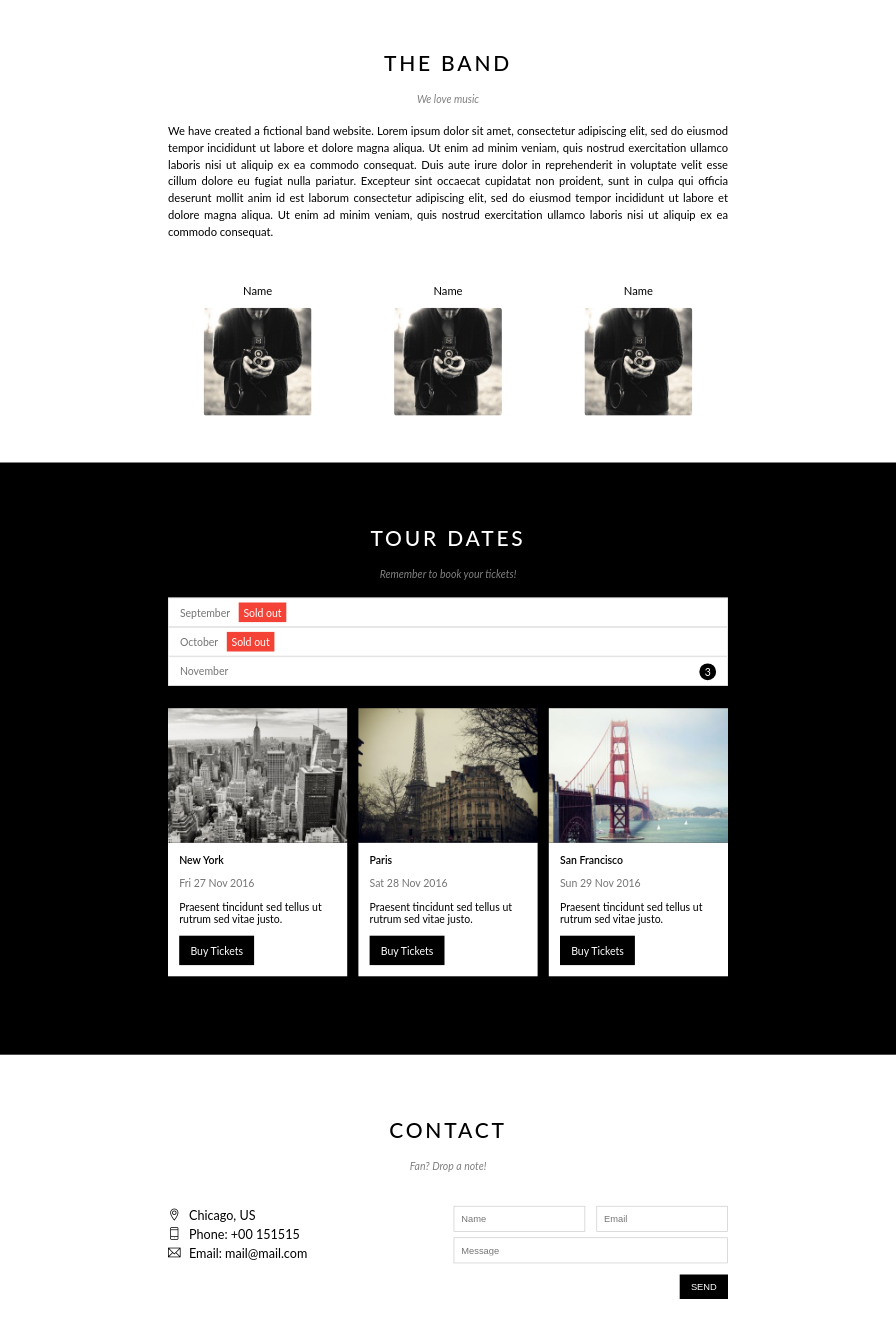
Repository: tatvanhco/web-dau-tay
Page: index.html
The author's editor kept a copy of each file at every save. The page is drawn from the files as they stood at one save, then again after the next save.
The browser window is 1280 px wide. The pictures show the part of the page from y = 704 to 2624 px (the page is 2624 px tall before and 2585 px after), at 70% of full size.

Above is the page before, as saved 2022-01-23 21:34:16.

### index.html
<!DOCTYPE html>
<html lang="en">
<head>
    <meta charset="UTF-8">
    <!-- <meta http-equiv="X-UA-Compatible" content="IE=edge"> -->
    <meta name="viewport" content="width=device-width, initial-scale=1.0">
    <title>the band</title>
    <link rel="shortcut icon" href="./assets/img/band/logo.png" type="image/x-icon">
    <link rel="stylesheet" href="./assets/fronts/themify-icons/themify-icons.css">
    <link rel="stylesheet" href="./assets/css/style.css">
    <link rel="stylesheet" href="./assets/css/responsive.css">
</head>
<body>
    <div id="main">
        <div id="header">
            <ul id="nav">
                <li><a href="#">home</a></li>
                <li><a href="#">band</a></li>
                <li><a href="#">tour</a></li>
                <li><a href="#">contact</a></li>
                <li>
                    <a href="#">more
                        <i class="drop-down ti-angle-down"></i>
                    </a>
                    <div class="subnav">
                        <ul>
                            <li><a href="">Merchandise</a></li>
                            <li><a href="">Extras</a></li>
                            <li><a href="">Media</a></li>
                        </ul>
                    </div>
                </li>
            </ul>
            <div class="search-btn">
                <i class="search-icon ti-search"></i>
            </div>
        </div>
        <div id="slide">
            <div class="text-content">
                <h2 class="text-heading">Chicago</h2>
                <div class="text-desc">Thank you, Chicago - A night we won't forget.</div>
            </div>
        </div>
        <div id="content">
            <div class="content-section">
                <h2 class="section-heading">THE BAND</h2>
                <p class="section-sub-heading">We love music</p>
                <p class="about">
                    We have created a fictional band website. Lorem ipsum dolor sit amet, consectetur adipiscing elit, sed do eiusmod tempor incididunt ut labore et dolore magna aliqua. Ut enim ad minim veniam, quis nostrud exercitation ullamco laboris nisi ut aliquip ex ea commodo consequat. Duis aute irure dolor in reprehenderit in voluptate velit esse cillum dolore eu fugiat nulla pariatur. Excepteur sint occaecat cupidatat non proident, sunt in culpa qui officia deserunt mollit anim id est laborum consectetur adipiscing elit, sed do eiusmod tempor incididunt ut labore et dolore magna aliqua. Ut enim ad minim veniam, quis nostrud exercitation ullamco laboris nisi ut aliquip ex ea commodo consequat.
                </p>
                <div class="row team">
                    <div class="col col-3 text-center">
                        <p class="team-name">Name</p>
                        <img src="./assets/img/band/member.jpg" class="team-img">
                    </div>

                    <div class="col col-3 text-center">
                        <p class="team-name">Name</p>
                        <img src="./assets/img/band/member.jpg" class="team-img">
                    </div>

                    <div class="col col-3 text-center">
                        <p class="team-name">Name</p>
                        <img src="./assets/img/band/member.jpg" class="team-img">
                    </div>
                </div>
            </div>

            <div class="tour-section">
                <div class="content-section">
                    <h2 class="text-white section-heading">TOUR DATES</h2>
                    <p class="text-white section-sub-heading">Remember to book your tickets!</p>
                    <ul class="ticket-list">
                        <li>September<span class="soldout">Sold out</span></li>
                        <li>October<span class="soldout">Sold out</span></li>
                        <li>November<span class="quatity">3</span></li>
                    </ul>
                    <div class="row place-list">
                        <div class="col col-3">
                            <img src="./assets/img/places/place1.jpg" class="place-img">
                            <div class="place-body">
                                <h3 class="place-heading">New York</h3>
                                <p class="place-time">Fri 27 Nov 2016</p>
                                <p class="place-desc">Praesent tincidunt sed tellus ut rutrum sed vitae justo.</p>
                                <a href="#" class="place-buy-btn">Buy Tickets</a>
                            </div>
                        </div>
                        <div class="col col-3">
                            <img src="./assets/img/places/place2.jpg" class="place-img">
                            <div class="place-body">
                                <h3 class="place-heading">Paris</h3>
                                <p class="place-time">Sat 28 Nov 2016</p>
                                <p class="place-desc">Praesent tincidunt sed tellus ut rutrum sed vitae justo.</p>
                                <a href="#" class="place-buy-btn">Buy Tickets</a>
                            </div>
                        </div>
                        <div class="col col-3">
                            <img src="./assets/img/places/place3.jpg" class="place-img">
                            <div class="place-body">
                                <h3 class="place-heading">San Francisco</h3>
                                <p class="place-time">Sun 29 Nov 2016</p>
                                <p class="place-desc">Praesent tincidunt sed tellus ut rutrum sed vitae justo.</p>
                                <a href="#" class="place-buy-btn">Buy Tickets</a>
                            </div>
                        </div>
                    </div>
                </div>
            </div>

            <div class="content-section">
                <h2 class="section-heading">CONTACT</h2>
                <p class="section-sub-heading">Fan? Drop a note!</p>
                <div class="row contact-content">
                    <div class="col col-2 contact-info">
                        <p><i class="ti-location-pin"></i>Chicago, US</p>
                        <p><i class="ti-mobile"></i>Phone: +00 151515</p>
                        <p><i class="ti-email"></i>Email: mail@mail.com</p>
                    </div>
                    <div class="col col-2 contact-form">
                        <form action="">
                            <div class="row">
                                <div class="col col-2">
                                    <input type="text" placeholder="Name" required class="form-control">
                                </div>
                                <div class="col col-2">
                                    <input type="email" placeholder="Email" required class="form-control">
                                </div>
                            </div>
                            <div class="row mt-8">
                                <div class="col col-full">
                                    <input type="text" placeholder="Message" required class="form-control">
                                </div>
                            </div>
                            <input class="form-submit-btn mt-16" type="submit" value="SEND">
                        </form>
                    </div>
                </div>
            </div>

        </div>

        <div id="footer">

        </div>
    </div>
</body>
</html>

### assets/css/style.css
/* reset trang */
* {
    margin: 0;
    padding: 0;
    box-sizing: border-box;
}

body {
    font-family: "Lato", sans-serif;
}
/* dùng chung */
.clear {
    clear: both;
}

.text-white {
    color: #fff !important;
}

.text-center {
    text-align: center;
}

.row {
    margin-left: -8px;
    margin-right: -8px;
}

.row::after {
    content: "";
    display: block;
    clear: both;
}

.col {
    float: left;
    padding-left: 8px;
    padding-right: 8px;
}

.col-3 {
    width: 33.33333%;
}

.col-2 {
    width: 50%;
}

.col-full {
    width: 100%;
}

.mt-8 {
    margin-top: 8px !important;
}

.mt-16 {
    margin-top: 16px !important;
}
/* css từng thành phần */
#header {
    width: 100%;
    height: 46px;
    background-color: #000;
    position: fixed;
    top: 0;
    left: 0;
    right: 0;
    z-index: 1;
}
#nav {
    display: inline-block;
}

#nav > li {
    display: inline-block;
}

#nav li {
    position: relative;
    list-style-type: none;
}

#nav > li > a {
    color: #fff;
    text-transform: uppercase;
}

#nav li a {
    text-decoration: none;
    padding: 0 24px;
    line-height: 46px;
    display: block;

}

#nav li:hover .subnav {
    display: block;
}

#nav .subnav li:hover a,
#nav > li:hover > a {
    background-color: #ccc;
    color: #000;
}

#nav .subnav {
    display: none;
    min-width: 160px;
    position: absolute;
    top: 100%;
    left: 0;
    background-color: #fff;
    box-shadow: 0 0 10px rgba(0, 0, 0, 0.3);
}

#nav .subnav a {
    color: #000;
    padding: 0px 24px;
    line-height: 38px;
}

#header .search-btn {
    float: right;
    padding: 0 22px;
    cursor: pointer;
}

#header .search-btn:hover {
    background-color: #f44336;
}

#header .search-icon {
    color: #fff;
    font-size: 20px;
    line-height: 46px;
}

#slide {
    position: relative;
    margin-top: 46px;
    padding-top: 50%;
    background: url(/assets/img/slider/chicago.jpg) top center / cover no-repeat;
}

#slide .text-content {
    color: #fff;
    position: absolute;
    bottom: 47px;
    /* cách canh giữa
    left: 50%;
    transform: translateX(-50%); */
    width: 100%;
    text-align: center;
}

#slide .text-heading {
    font-weight: 500;
    font-size: 24px;
}

#slide .text-desc {
    font-weight: 600;
    margin-top: 25px;
    font-size: 15px;
}

#content {

}

#content .content-section {
    max-width: 800px;
    margin-left: auto;
    margin-right: auto;
    padding: 64px 0;
}

#content .section-heading,
#content .section-sub-heading {
    text-align: center;
    margin: 25px 0;
}

#content .section-heading {
    font-size: 30px;
    font-weight: 500;
    letter-spacing: 4px;
}

#content .section-sub-heading {
    font-size: 15px;
    opacity: 0.5;
    font-style: italic;
}

#content .about {
    text-align: justify;
    line-height: 1.5;
}

#content .team {
    margin-top: 48px;
}

#content .team-name {
    margin: 15px 0;
}

#content .team-img {
    width: 60%;
    border-radius: 4px;
    text-align: center;
}

.tour-section {
    background-color: #000;
}

.ticket-list {
    background-color: #fff;
}

.ticket-list li {
    color: #757575;
    list-style-type: none;
    font-size: 15px;
    border: 1px solid #ddd;
    padding: 11px 16px;
}

.ticket-list .soldout {
    color: #fff;
    margin-left: 12px;
    padding: 5px 7px;
    background-color: #f44336;
}

.ticket-list .quatity {
    float: right;
    width: 24px;
    height: 24px;
    border-radius: 50%;
    background-color: #000;
    color: #fff;
    text-align: center;
    line-height: 24px;
    margin-top: -2px;
}

.place-list {
    /* margin: 32px 48px; */
    margin-top: 32px;
    margin-bottom: 48px;
}

.place-img {
    width: 100%;
    display: block;
}

.place-img:hover {
    opacity: 0.6;
}

.place-body {
    background-color: #fff;
    padding: 16px;
    font-size: 15px;
}

.place-heading {
    font-size: 15px;
    font-weight: 600;
}

.place-time {
    color: #757575;
    margin-top: 15px;
}

.place-desc {
    margin-top: 15px;
}

.place-buy-btn {
    color: #fff;
    background-color: #000;
    text-decoration: none;
    padding: 12px 16px;
    margin-top: 15px;
    display: inline-block;
}

.place-buy-btn:hover {
    color: #000;
    background-color: #ccc;
}

/* contact-form */
.contact-content {
    margin-top: 48px;

}

.contact-info {
    font-size: 18px;
    line-height: 1.5;
}

.contact-info i[class*="ti-"] {
    width: 30px;
    display: inline-block;
}

.contact-form {
    font-size: 15px;
}

.contact-form .form-control {
    padding: 10px;
    border: 1px solid #ccc;
    width: 100%;
}

.contact-form .form-submit-btn {
    background-color: #000;
    color: #fff;
    border: none;
    padding: 10px 16px;
    float: right;
}

Loaded but not shown: assets/fronts/themify-icons/themify-icons.css (common file); assets/css/responsive.css (no copy from this time; the picture is the same without it)

After the next save:
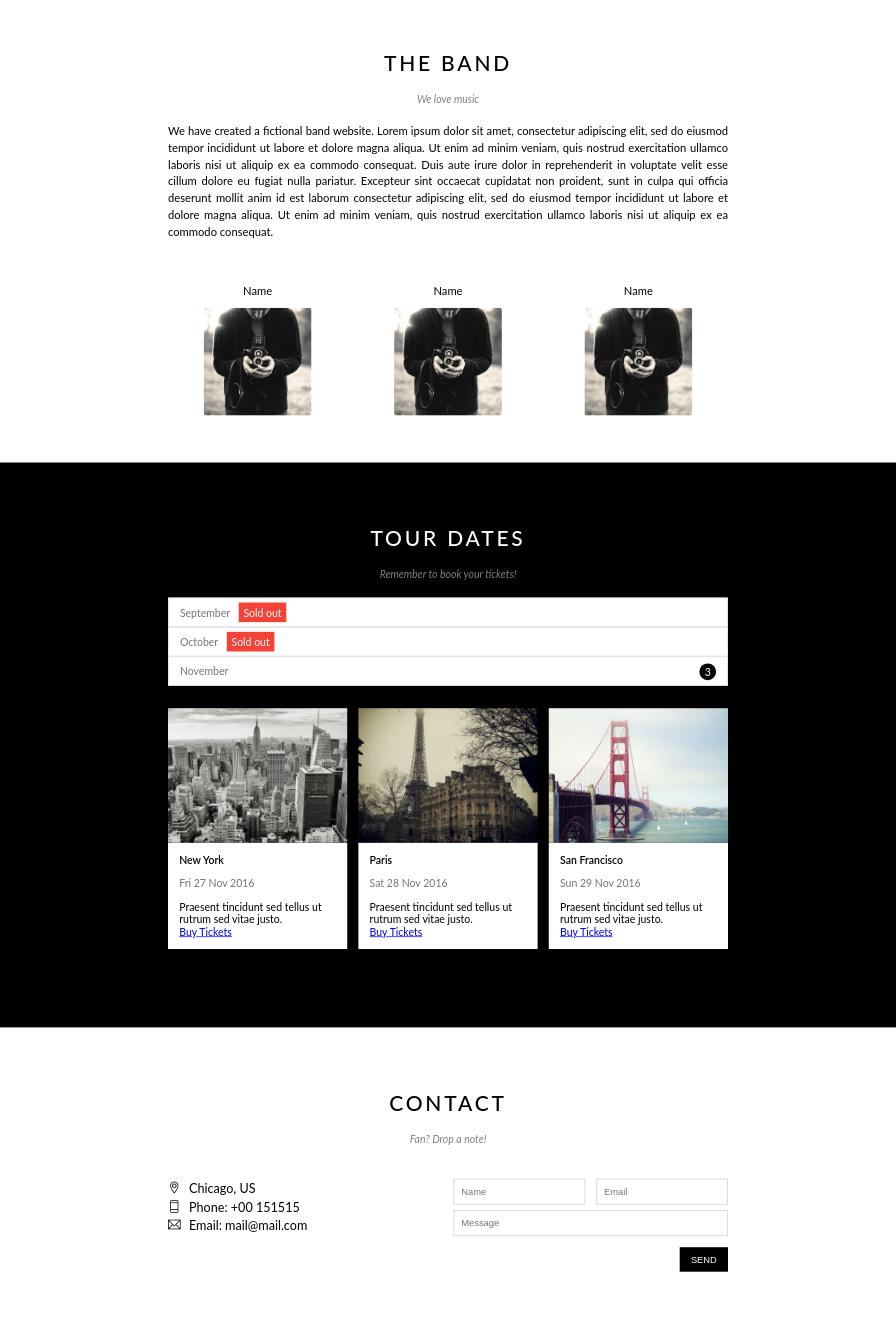
Saved 18 h 23 min later.
--- a/index.html
+++ b/index.html
@@ -82,7 +82,7 @@
                                 <h3 class="place-heading">New York</h3>
                                 <p class="place-time">Fri 27 Nov 2016</p>
                                 <p class="place-desc">Praesent tincidunt sed tellus ut rutrum sed vitae justo.</p>
-                                <a href="#" class="place-buy-btn">Buy Tickets</a>
+                                <a href="#" class="btn">Buy Tickets</a>
                             </div>
                         </div>
                         <div class="col col-3">
@@ -91,7 +91,7 @@
                                 <h3 class="place-heading">Paris</h3>
                                 <p class="place-time">Sat 28 Nov 2016</p>
                                 <p class="place-desc">Praesent tincidunt sed tellus ut rutrum sed vitae justo.</p>
-                                <a href="#" class="place-buy-btn">Buy Tickets</a>
+                                <a href="#" class="btn">Buy Tickets</a>
                             </div>
                         </div>
                         <div class="col col-3">
@@ -100,7 +100,7 @@
                                 <h3 class="place-heading">San Francisco</h3>
                                 <p class="place-time">Sun 29 Nov 2016</p>
                                 <p class="place-desc">Praesent tincidunt sed tellus ut rutrum sed vitae justo.</p>
-                                <a href="#" class="place-buy-btn">Buy Tickets</a>
+                                <a href="#" class="btn">Buy Tickets</a>
                             </div>
                         </div>
                     </div>

After the save that followed:
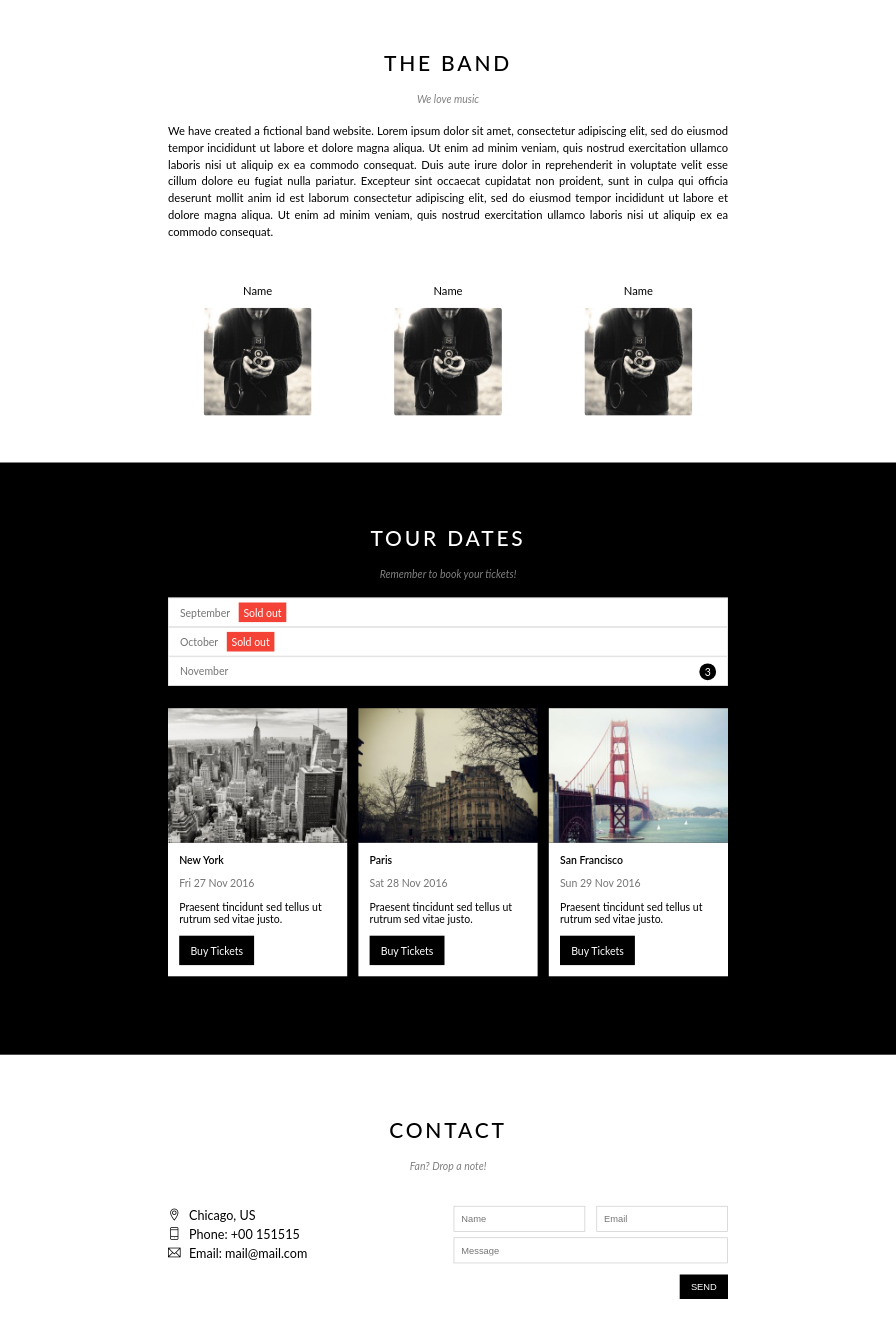
Saved 79 s later.
--- a/assets/css/style.css
+++ b/assets/css/style.css
@@ -20,6 +20,21 @@ body {
 .text-center {
     text-align: center;
 }
+
+.btn {
+    color: #fff;
+    background-color: #000;
+    text-decoration: none;
+    padding: 12px 16px;
+    margin-top: 15px;
+    display: inline-block;
+}
+
+.btn:hover {
+    color: #000;
+    background-color: #ccc;
+}
+
 
 .row {
     margin-left: -8px;
@@ -283,20 +298,6 @@ body {
     margin-top: 15px;
 }
 
-.place-buy-btn {
-    color: #fff;
-    background-color: #000;
-    text-decoration: none;
-    padding: 12px 16px;
-    margin-top: 15px;
-    display: inline-block;
-}
-
-.place-buy-btn:hover {
-    color: #000;
-    background-color: #ccc;
-}
-
 /* contact-form */
 .contact-content {
     margin-top: 48px;
